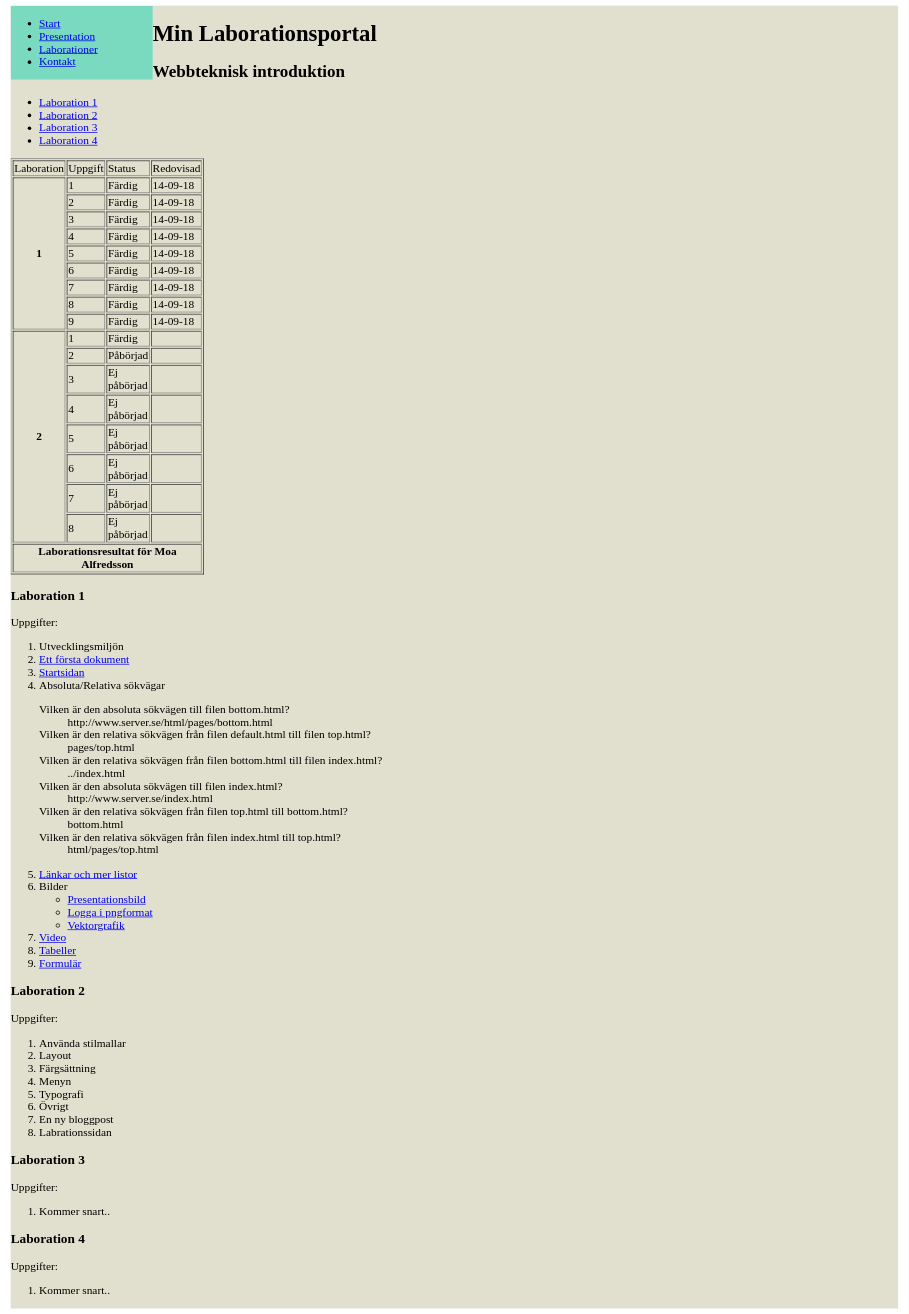
Repository: ma223md/1ik415
Page: Pages/laborationer.html
The author's editor kept a record of every edit. The page is drawn from the files as they stood at one moment, then again after the next edit.
The browser window is 1280 px wide. The pictures show the whole page, at 71% of full size.

Above is the page before.

### Pages/laborationer.html
<!DOCTYPE html>
<html>
    <head>
        <title>Laborationer</title>
        <meta charset="UTF-8">
        <!-- Gör så att svenska bokstäver visas korrekt -->
        <link rel="stylesheet" href="../css/style.css" />
    </head>
    <body>
        <div id="container">
            <div id="navigation">
                <ul>
                    <li><a href="../Index.html">Start</a></li>
                    <li><a href="../Pages/presentation.html">Presentation</a></li>
                    <li><a href="../Pages/laborationer.html">Laborationer</a></li>
                    <li><a href="../Pages/kontakt.html">Kontakt</a></li>
                </ul>
            </div>

            <h1>Min Laborationsportal</h1>
            <h2>Webbteknisk introduktion</h2>

            <ul>
                <li><a href="#lab1">Laboration 1</a></li>
                <li><a href="#lab2">Laboration 2</a></li>
                <li><a href="#lab3">Laboration 3</a></li>
                <li><a href="#lab4">Laboration 4</a></li>
            </ul>

            <table border="1" style="width:20%">
                <tr>
                    <td>Laboration</td>
                    <td>Uppgift</td>
                    <td>Status</td>
                    <td>Redovisad</td>
                </tr>
                <tr>
                    <th rowspan="9">1</th>
                    <td>1</td>
                    <td>Färdig</td>
                    <td>14-09-18</td>
                </tr>
                <tr>
                    <td>2</td>
                    <td>Färdig</td>
                    <td>14-09-18</td>
                </tr>
                <tr>
                    <td>3</td>
                    <td>Färdig</td>
                    <td>14-09-18</td>
                </tr>
                <tr>
                    <td>4</td>
                    <td>Färdig</td>
                    <td>14-09-18</td>
                </tr>
                <tr>
                    <td>5</td>
                    <td>Färdig</td>
                    <td>14-09-18</td>
                </tr>
                <tr>
                    <td>6</td>
                    <td>Färdig</td>
                    <td>14-09-18</td>
                </tr>
                <tr>
                    <td>7</td>
                    <td>Färdig</td>
                    <td>14-09-18</td>
                </tr>
                <tr>
                    <td>8</td>
                    <td>Färdig</td>
                    <td>14-09-18</td>
                </tr>
                <tr>
                    <td>9</td>
                    <td>Färdig</td>
                    <td>14-09-18</td>
                </tr>
                <tr>
                    <th rowspan="8">2</th>
                    <td>1</td>
                    <td>Färdig</td>
                    <td></td>
                </tr>
                <tr>
                    <td>2</td>
                    <td>Påbörjad</td>
                    <td></td>
                </tr>
                <tr>
                    <td>3</td>
                    <td>Ej påbörjad</td>
                    <td></td>
                </tr>
                <tr>
                    <td>4</td>
                    <td>Ej påbörjad</td>
                    <td></td>
                </tr>
                <tr>
                    <td>5</td>
                    <td>Ej påbörjad</td>
                    <td></td>
                </tr>
                <tr>
                    <td>6</td>
                    <td>Ej påbörjad</td>
                    <td></td>
                </tr>
                <tr>
                    <td>7</td>
                    <td>Ej påbörjad</td>
                    <td></td>
                </tr>
                <tr>
                    <td>8</td>
                    <td>Ej påbörjad</td>
                    <td></td>
                </tr>
                <tr>
                    <th colspan="4">Laborationsresultat för Moa Alfredsson</th>
                </tr>
            </table>

            <h3><a id="lab1">Laboration 1</a></h3>
            <p>Uppgifter:</p>
            <ol>
                <li>Utvecklingsmiljön</li>
                <li><a href="../Index.html">Ett första dokument</a></li>
                <li><a href="../Index.html">Startsidan</a></li>
                <li>Absoluta/Relativa sökvägar
                    <dl>
                        <dt>Vilken är den absoluta sökvägen till filen bottom.html?</dt>
                        <dd>http://www.server.se/html/pages/bottom.html</dd>
                        <dt>Vilken är den relativa sökvägen från filen default.html till filen top.html?</dt>
                        <dd>pages/top.html</dd>
                        <dt>Vilken är den relativa sökvägen från filen bottom.html till filen index.html?</dt>
                        <dd>../index.html</dd>
                        <dt>Vilken är den absoluta sökvägen till filen index.html?</dt>
                        <dd>http://www.server.se/index.html  </dd>
                        <dt>Vilken är den relativa sökvägen från filen top.html till bottom.html?</dt>
                        <dd>bottom.html</dd>
                        <dt>Vilken är den relativa sökvägen från filen index.html till top.html?</dt>
                        <dd>html/pages/top.html</dd>
                    </dl>
                </li>

                <li><a href="laborationer.html">Länkar och mer listor</a></li>
                <li>Bilder
                    <ul>
                        <li><a href="../Pages/presentation.html#presentationsbild">Presentationsbild</a></li>
                        <li><a href="../Pictures/logga2.png">Logga i pngformat</a></li>
                        <li><a href="../Index.html#vektorgrafik">Vektorgrafik</a></li>
                    </ul>
                </li>
                <li><a href="../Index.html">Video</a></li>
                <li><a href="laborationer.html">Tabeller</a></li>
                <li><a href="kontakt.html">Formulär</a></li>
            </ol>

            <h3><a id="lab2">Laboration 2</a></h3>
            <p>Uppgifter:</p>
            <ol>
                <li>Använda stilmallar</li>
                <li>Layout</li>
                <li>Färgsättning</li>
                <li>Menyn</li>
                <li>Typografi</li>
                <li>Övrigt</li>
                <li>En ny bloggpost</li>
                <li>Labrationssidan</li>
            </ol>

            <h3><a id="lab3">Laboration 3</a></h3>
            <p>Uppgifter:</p>
            <ol>
                <li>Kommer snart..</li>
            </ol>

            <h3><a id="lab4">Laboration 4</a></h3>
            <p>Uppgifter:</p>
            <ol>
                <li>Kommer snart..</li>
            </ol>
        </div>

    </body>
</html>

### css/style.css
/* Layout */

/*  Colors
    Main: #e1e0ce
    Navigation: #79dac0
    Content: #e5c584
*/

#container
    {
        background: #e1e0ce;
        width: 1250px;
        overflow: auto;
        margin: 0 auto;
    }

#header
{
    height:250px;
    width: 1200px;
}

#navigation
    {
        float: left;
        background: #79dac0;
        width: 200px;
    }

#content
    {
        width: 1000px;
        background: #e5c584;
        float: left;
    }

#footer
    {
        clear: both;
        background: #79dac0;
        height: 66px;
        width: 1200px;
    }

After the next edit:
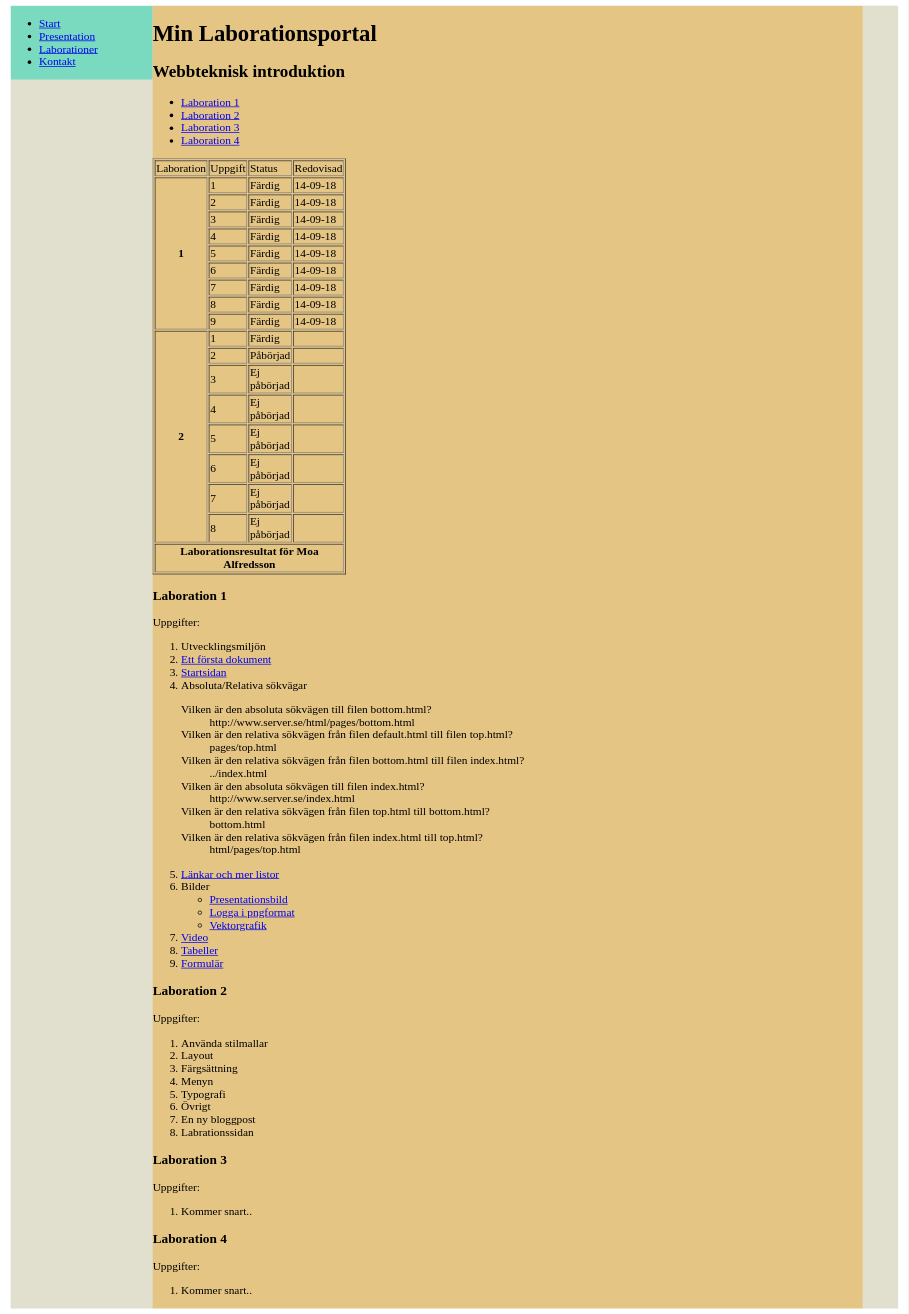
The edit:
--- a/Pages/laborationer.html
+++ b/Pages/laborationer.html
@@ -16,7 +16,7 @@
                     <li><a href="../Pages/kontakt.html">Kontakt</a></li>
                 </ul>
             </div>
-
+            <div id="content">
             <h1>Min Laborationsportal</h1>
             <h2>Webbteknisk introduktion</h2>
 
